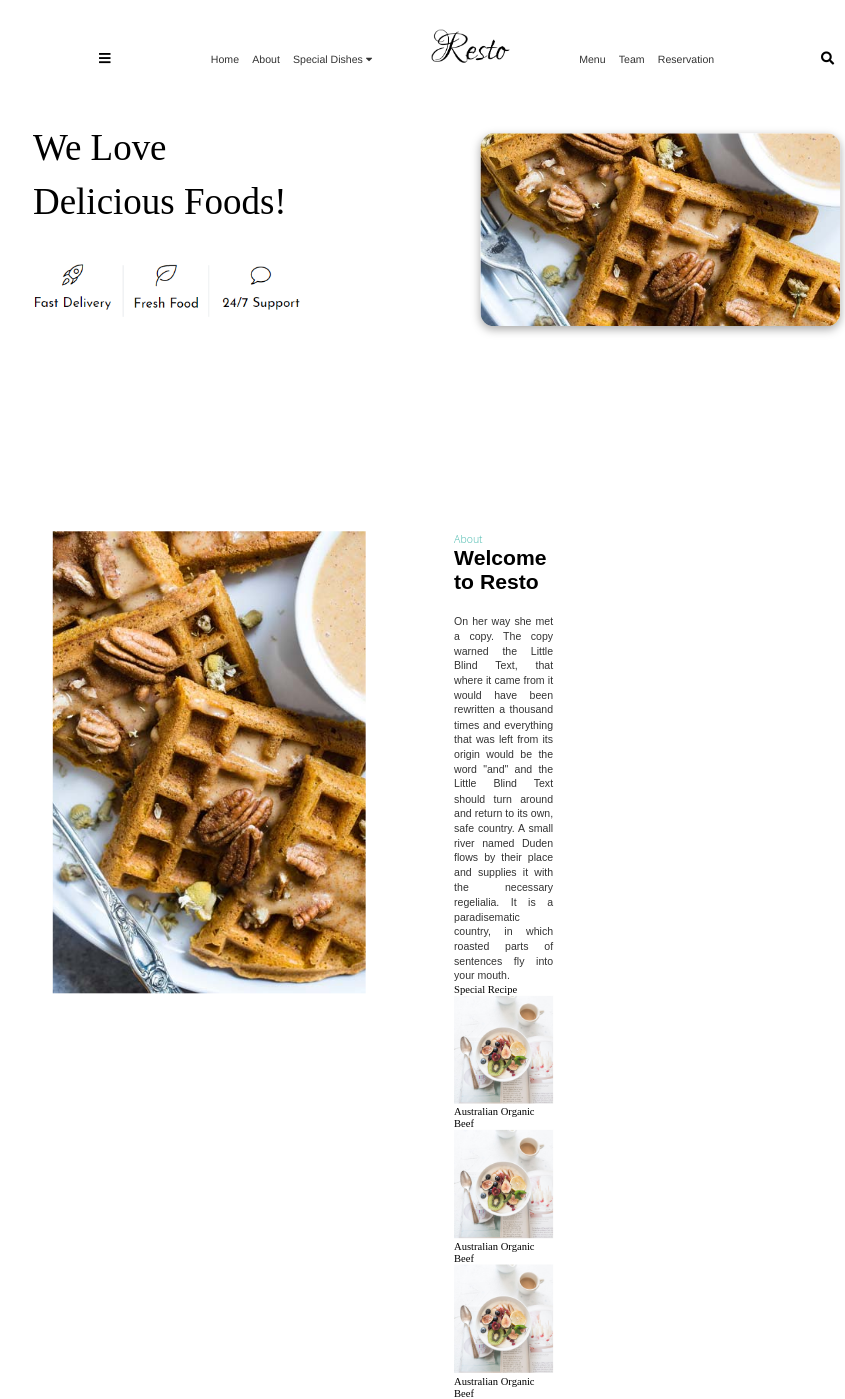
Repository: nguyenanhtuanHDU/myrestaurant
Page: index.html
These files come from the project's save history. The page is drawn as it stood at one moment and after the next save; the edit follows.
The browser window is 1280 px wide. The pictures show the whole page, at 66% of full size.

Above is the page before, as saved 2022-02-01 02:03:07.

### index.html
<!DOCTYPE html>
<html lang="en">
<head>
    <meta charset="UTF-8">
    <meta http-equiv="X-UA-Compatible" content="IE=edge">
    <meta name="viewport" content="width=device-width, initial-scale=1.0">
    <link rel="stylesheet" href="./assets/style.css">
    <link rel="stylesheet" href="./assets/icon/fontawesome-free-5.15.4-web/css/all.css">
    <link rel="stylesheet" href="./assets/main.js">
    <link rel="stylesheet" href="./aos/aos.css">
    <title>Resto</title>

</head>
<body>
    <div id="main">
        <div id="header">

            <i class="fas fa-bars" ></i>

            <ul id="nav_1" >
                <li><a href="">Home</a></li>
                <li><a href="">About</a></li>
                <li>
                <a href="">
                    Special Dishes
                    <i class="fas fa-caret-down"></i>
                </a>
                <ul class="subnav_1">
                    <li><a href="">
                        <i class="fas fa-angle-right"></i>
                        Beef Steak Sauce
                    </a></li>
                    <li><a href="">
                        <i class="fas fa-angle-right"></i>
                        Salmon Zucchini
                    </a></li>
                </ul>
                </li>
            </ul>

            <img src="./assets/image/logo.png" alt="" class="img_header" >

            <div id="nav_2">
                <ul>
                    <li><a href="">Menu</a></li>
                    <li><a href="">Team</a></li>
                    <li><a href="">Reservation</a></li>
                </ul>
            </div>

            <i class="fas fa-search"></i>

        </div>

        <div id="introduce">

            <div class="content">
                <h1 class="content_heading1">We Love</h1>
                <h1 class="content_heading2">Delicious Foods!</h1>
                <div class="list_content">
                    <img src="/assets/image/Content/1.png" alt="" class="img_content">
                    <img src="/assets/image/Content/2.png" alt="" class="img_content">
                    <img src="/assets/image/Content/3.png" alt="" class="img_content">

                </div>

                <div class="slider_dish">
                    <img class="img_dish" src="./assets/image/hero-1.jpg" >
                    <img class="img_dish" src="./assets/image/hero-2.jpg" >
                    <img class="img_dish" src="./assets/image/hero-3.jpg" >
                </div>
            </div>



            <div class="about">
                <img src="./assets/image/hero-2.jpg" alt="" class="img_about">
                <div class="about_content">
                    <div class="about_heading">About</div>
                    <div class="about_title">Welcome to Resto </div>
                    <div class="content_para">On her way she met a copy. The copy warned the Little Blind Text, that where it came from it would have been rewritten a thousand times and everything that was left from its origin would be the word "and" and the Little Blind Text should turn around and return to its own, safe country. A small river named Duden flows by their place and supplies it with the necessary regelialia. It is a paradisematic country, in which roasted parts of sentences fly into your mouth.

                    </div>

                    <div class="about_dish">
                        <div class="dish_title">Special Recipe </div>
                        <div class="list_dish">
                            <div class="dish_items">
                                <img src="./assets/image/hero-1.jpg" alt="" class="dish_img">
                                <div class="dish_name">Australian Organic Beef</div>
                            </div>
                            <div class="dish_items">
                                <img src="./assets/image/hero-1.jpg" alt="" class="dish_img">
                                <div class="dish_name">Australian Organic Beef</div>
                            </div>
                            <div class="dish_items">
                                <img src="./assets/image/hero-1.jpg" alt="" class="dish_img">
                                <div class="dish_name">Australian Organic Beef</div>
                            </div>

                        </div>
                    </div>
                </div>
            </div>
        </div>

        <div id="special">

        </div>

        <div id="menu">

        </div>

        <div id="team">

        </div>

        <div id="book">

        </div>

        <div id="footer">

        </div>
    </div>


    <script src="./assets/main.js">

    </script>
    <script src="./aos/aos.js">
        AOS.init();

    </script>


</body>
</html>

### assets/style.css
*{
    margin: 0;
    padding: 0;
    box-sizing: border-box;
}

#header{

    margin-top: 45px;
    margin-left: 150px;
}
#header .fa-bars:hover{
    color: #45b8ac;
    cursor: pointer;
    transform: rotate(360deg);
    transition: .6s ease;
}
#header .fa-bars{
    display: inline-block;
    margin-right: 140px;
    font-size: 20px;
}
#header .fa-search{
    font-size: 20px;
    margin-left: 150px;
}
#header .fa-search:hover{
    color: #45b8ac;
    cursor: pointer;
    font-size: 30px;
    transition: 0.4s ease;
}
#nav_1{
    display: inline-block;

}
#nav_1 > li {
    display: inline-block;
    position: relative;
}
#nav > li:hover{
    display: block;
}

#nav_1 > li > a {
    position: relative;
    font-family: Helvetica, Arial, sans-serif;
    opacity: 0.8;
    display: block;
    color: black;
    text-decoration: none;
    padding: 6px 8px;
}
#nav_1 > li > a:before {
    content: '';
    position: absolute;
    bottom: 0;
    left: 0;
    background-color: #45b8ac;
    height: 3px;
    width: 0%;
    transition: 0.6s ease ;
}
#nav_1 > li > a:hover:before {
    width: 100%;
}
#nav_1 li:hover .subnav_1{
    display: block;
    animation: subnav-1 1s ease ;
}
@keyframes subnav-1{
    0%{
        opacity: 0;
        left: 100px;
    }
    50%{
        left: -20px;
    }
    100%{
        left: 0;
    }

}
.subnav_1{
    position: absolute;
    top: 30px;
    opacity: 1;
    width: 162px;
    display: none;
    z-index: 2;
    overflow: hidden;
    border-top-right-radius: 19px;
    border-bottom-right-radius: 19px;
    box-shadow: rgba(0, 0, 0, 0.35) 0px 5px 15px;
}
.subnav_1 li{
    display: block;
}
.subnav_1 li a:hover{
    background-color: #45b8ac;
    color: white;
}
.subnav_1 li a{
    position: relative;
    font-family: Helvetica, Arial, sans-serif;
    opacity: 0.8;
    color: black;
    text-decoration: none;
    padding: 6px 8px;
    display: block;
}
.subnav_1 li a:before{
    content: '';
    position: absolute;
    top: 0;
    left: 0;
    background-color: #45b8ac;
    height: 100%;
    width: 0%;
    z-index: -1;
}
.subnav_1 li a:hover:before{
    color: white;
}



.img_header{
    width: 117.25px;
    height: 50px;
    margin-left: 78px;
    margin-right: 94px;
}
#nav_2{
    display: inline-block;
}
#nav_2 li {
    display: inline-block;
}

#nav_2 li a {
    position: relative;
    text-decoration: none;
    color: black;
    font-family: Helvetica, Arial, sans-serif;
    opacity: 0.8;
    padding: 6px 8px;
}
#nav_2 li a:before {
    content: '';
    position: absolute;
    bottom: 0;
    left: 0;
    background-color: #45b8ac;
    height: 3px;
    width: 0%;
    transition: 0.6s ease;
}
#nav_2 li a:hover:before {
    width: 100%;
}
#introduce{
    position: relative;
    height: 2000px;
}
.content{
    position: absolute;
    top: 86px;
    left: 50px;
}
.content_heading1{
    font-size: 3.5rem;
    font-weight: 300;
    line-height: 1.2;
}
.content_heading2{
    font-size: 3.5rem;
    font-weight: 300;
    line-height: 1.2;
    padding-top: 14px;
    padding-bottom: 59px;
}
.slider_dish{

}
.img_dish{
    position: absolute;
    width: 545px;
    height: 292px;
    object-fit: cover;
    top: 11px;
    left: 167%;
    box-shadow: rgba(0, 0, 0, 0.35) 0px 5px 15px;
    border-radius: 20px;
}
.about{
    position: absolute;
    top: 700px;
}
.img_about{
    width: 474px;
    height: 700px;
    object-fit: cover;
    margin-left: 80px;
}
.about_content{
    position: absolute;
    top: 0;
    left: 43em;
}
.about_heading{
    color: #45b8ac;
    font-family: 'Open Sans',sans-serif;
    font-weight: 300;
}
.about_title{
    font-family: 'Josefin Sans',sans-serif;
    font-weight: 700;
    font-size: 32px;
    margin-bottom: 30px;
}
.content_para{
    font-family: 'Josefin Sans',sans-serif;
    text-align: justify;
    opacity: 0.8;
    line-height: 1.4;
}
.dish_img{
    width: 150px;
}

### assets/main.js

var myIndex = 0;
        carousel();

        function carousel() {
          var i;
          var x = document.getElementsByClassName("img_dish");
          for (i = 0; i < x.length; i++) {
            x[i].style.display = "none";
          }
          myIndex++;
          if (myIndex > x.length) {myIndex = 1}
          x[myIndex-1].style.display = "block";
          setTimeout(carousel, 3000);
        }

Loaded but not shown: assets/icon/fontawesome-free-5.15.4-web/css/all.css (library); aos/aos.css (library); aos/aos.js (library)

After the next save:
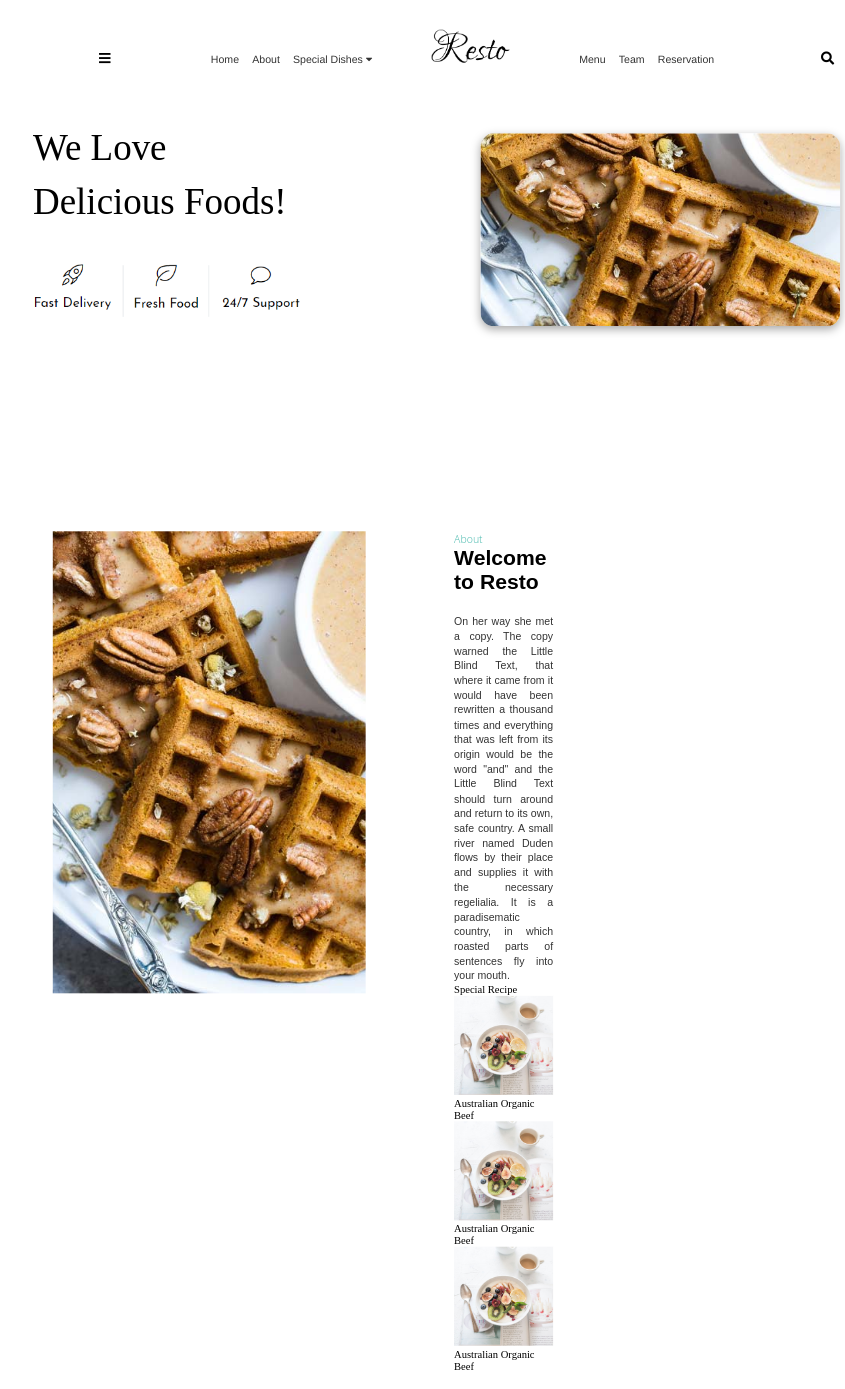
Saved 4 s later.
--- a/assets/style.css
+++ b/assets/style.css
@@ -227,4 +227,5 @@
 }
 .dish_img{
     width: 150px;
-}
+    height: 150px;
+}
